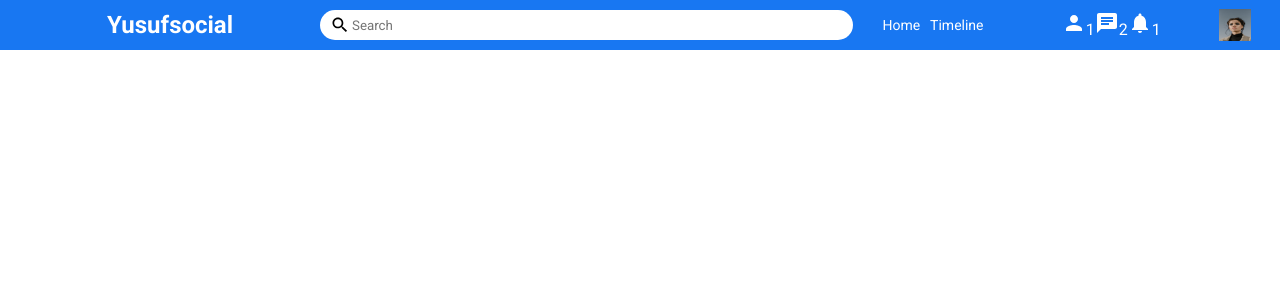
Repository: sevilgenysf/socialmediaapp
Page: /
An editor plug-in stored every save of this project. The page is shown before and after the next save, followed by the edit.
The browser window is 1280 px wide. The pictures show the whole page.
The project was rebuilt for these pictures with package versions that can differ from the ones it lists, and the page was loaded fresh each time.

Above is the page before, as saved 2022-02-16 13:28:36.

After the next save:
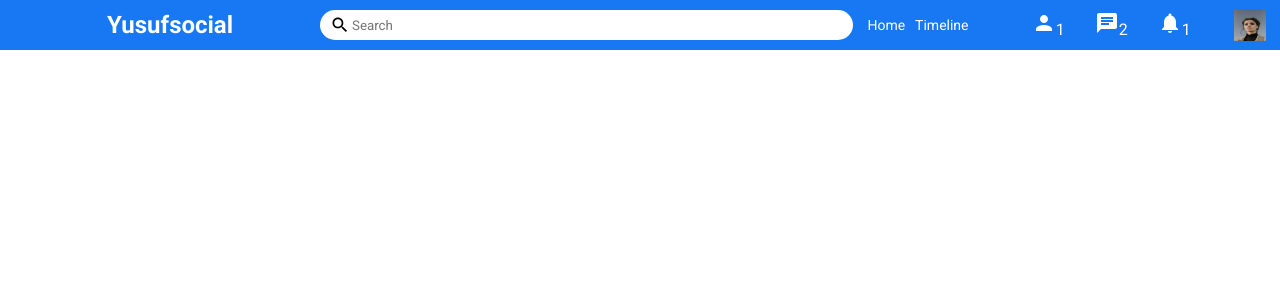
Saved 22 s later.
--- a/src/components/topbar/topbar.css
+++ b/src/components/topbar/topbar.css
@@ -67,7 +67,8 @@
 }
 
 .topbarIconItem {
-
+	margin: 15px;
+	cursor: pointer;
 }
 
 .topbarImg {
